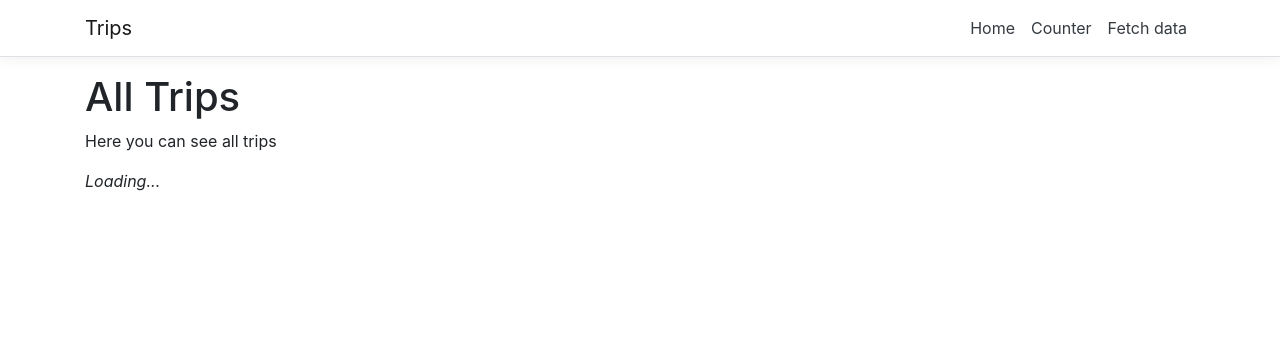
Repository: DevLuDaley/Trips
Page: /trips (app in ClientApp/)
These files come from the project's save history. The page is drawn as it stood at one moment and after the next save; the edit follows.
The browser window is 1280 px wide. The pictures show the whole page.
The project was rebuilt for these pictures with package versions that can differ from the ones it lists, and the page was loaded fresh each time. Also part of the build but not shown: ClientApp/src/components/Home.js, ClientApp/src/components/FetchData.js, ClientApp/src/components/Counter.js.

Above is the page before, as saved 2020-11-06 10:23:12.

After the next save:
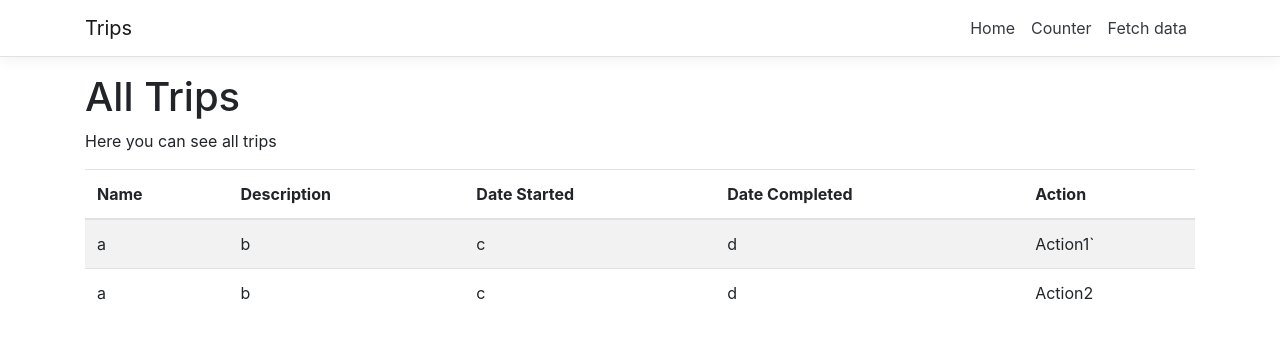
Saved 4 s later.
--- a/ClientApp/src/components/Trip/Trips.jsx
+++ b/ClientApp/src/components/Trip/Trips.jsx
@@ -6,7 +6,7 @@ import React, { Fragment, Component } from 'react';
         super(props)
         this.state = {
             trips:[],
-            loading: true
+            loading: false
           }
     }
     renderAllTripsTable(trips){
